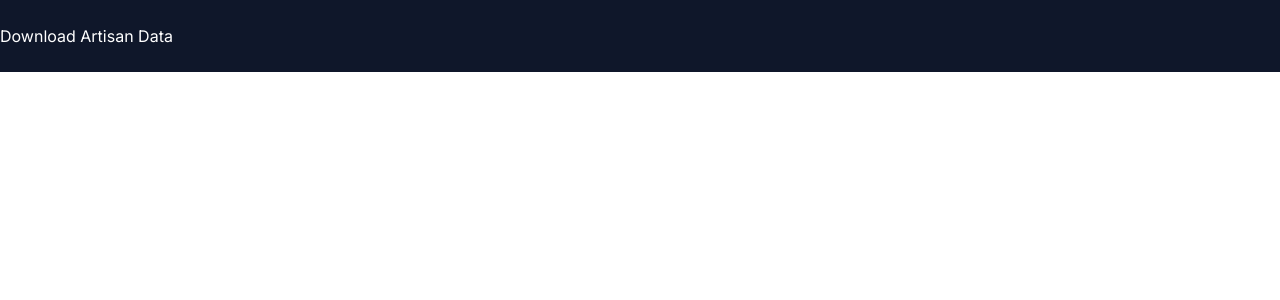
Repository: marcusdashe/artisanindex_frontend
Page: /components/DownloadDataScreen
An editor plug-in stored every save of this project. The page is shown before and after a run of saves, followed by the edit.
The browser window is 1280 px wide. The pictures show the whole page.
The project was rebuilt for these pictures with package versions that can differ from the ones it lists, and the page was loaded fresh each time. The framework's server and built-in components were replaced by stand-ins that run in the browser. Also part of the build but not shown: next.config.js.

Above is the page before, as saved 2023-03-07 12:46:41.

### pages/_document.js
import { Html, Head, Main, NextScript } from "next/document";

export default function Document() {
  return (
    <Html lang="en">
      <Head>
        <link rel="preconnect" href="https://fonts.googleapis.com" />
        <link
          rel="preconnect"
          href="https://fonts.gstatic.com"
          crossOrigin="true"
        />
        <link
          href="https://fonts.googleapis.com/css2?family=Inter:wght@100;200;300;400;500;600&display=swap"
          rel="stylesheet"
        />
      </Head>
      <body>
        <Main />
        <NextScript />
      </body>
    </Html>
  );
}

### pages/components/DownloadDataScreen.js
import React from "react";

function DownloadDataScreen() {
  return (
    <div className="w-full h-[100vh]">
      <div className="w-full h-[10vh] bg-slate-900 flex items-center content-center justify-start text-white">
        <h1>Download Artisan Data</h1>
      </div>
    </div>
  );
}

export default DownloadDataScreen;

### styles/globals.css
@tailwind base;
@tailwind components;
@tailwind utilities;

@layer base {
  html {
    font-family: "Inter", sans-serif;
  }
}

### tailwind.config.js
/** @type {import('tailwindcss').Config} */

module.exports = {
  content: [
    "./pages/**/*.{js,ts,jsx,tsx}",
    "./components/**/*.{js,ts,jsx,tsx}",
  ],
  theme: {
    extend: {},
  },
  plugins: [],
};

Loaded but not shown: pages/_app.js (common file)

After the next 3 saves:
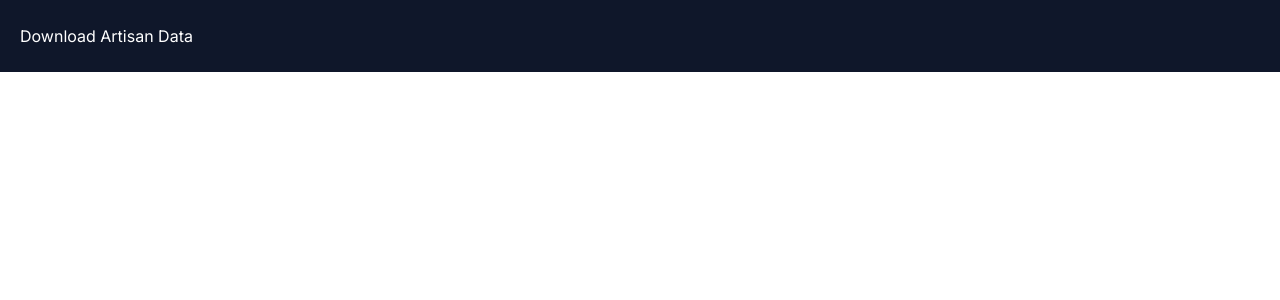
The 3 saves are shown as one change because they came seconds apart.
The last was saved 7 s later.
--- a/pages/components/DownloadDataScreen.js
+++ b/pages/components/DownloadDataScreen.js
@@ -3,7 +3,7 @@ import React from "react";
 function DownloadDataScreen() {
   return (
     <div className="w-full h-[100vh]">
-      <div className="w-full h-[10vh] bg-slate-900 flex items-center content-center justify-start text-white">
+      <div className="w-full h-[10vh] bg-slate-900 flex items-center content-center justify-start text-white p-5">
         <h1>Download Artisan Data</h1>
       </div>
     </div>
